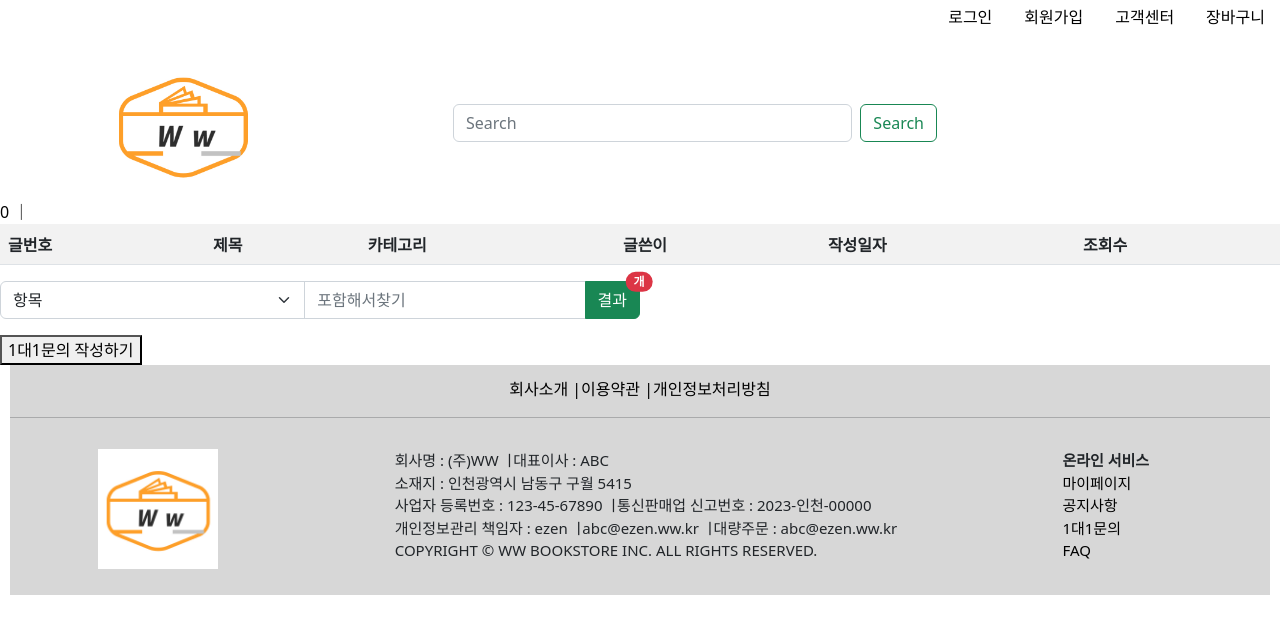
Repository: leehyeonung/project9
Page: http://localhost/book/WEB-INF/views/board/list.jsp
These files come from the project's save history. The page is drawn as it stood at one moment and after the next save; the edit follows.
The browser window is 1280 px wide. The pictures show the whole page.
The page is served by Tomcat 9. Nobody is signed in. Other server files are loaded and not shown. The template is opened directly, without the code that normally fills it, so the values that code supplies are empty.

Above is the page before, as saved 2023-01-06 04:09:30.
Not found: book/resources/css/list.css

### book/src/main/webapp/WEB-INF/views/board/list.jsp
<%@ page language="java" contentType="text/html; charset=UTF-8"
    pageEncoding="UTF-8"%>
    <%@ taglib uri="http://java.sun.com/jsp/jstl/core" prefix="c"%>
<!-- CSS only -->
<link href="https://cdn.jsdelivr.net/npm/bootstrap@5.2.2/dist/css/bootstrap.min.css" rel="stylesheet" integrity="sha384-Zenh87qX5JnK2Jl0vWa8Ck2rdkQ2Bzep5IDxbcnCeuOxjzrPF/et3URy9Bv1WTRi" crossorigin="anonymous">
<!DOCTYPE html>
<html>
<head>
<meta charset="UTF-8">
<title>Insert title here</title>
<link rel="stylesheet" type="text/css" href="/resources/css/list.css">
</head>
<body>
<jsp:include page="../layout/header.jsp"></jsp:include>
<div class="main">
	<table class="table table-striped">
			<tr>
				<th>글번호</th>
				<th>제목</th>
				<th>카테고리</th>
				<th>글쓴이</th>
				<th>작성일자</th>
				<th>조회수</th>
			</tr>
						<c:forEach items="${list}" var="board">
				<c:choose>
					    <c:when test="${ses.mem_auth == '0'|| ses.mem_id == board.brd_writer}"> <!--관리자권한 정하기 -->
							<tr>
					   		<td>${board.brd_num}</td>
							<td><a href="/board/detail?brd_num=${board.brd_num}">${board.brd_title}</a></td>
							<td>${board.brd_category}</td>
					   		<td>${board.brd_writer}</td>
							<td>${board.brd_regdate}</td>
							<td>${board.brd_views}</td>
							</tr>
					    </c:when>
					    <c:otherwise>

							<tr>
								<td>${board.brd_num}</td>
								<td>

									<c:choose>
								 <c:when test="${ses.mem_id eq board.brd_writer}">
							${board.brd_title}
								  </c:when>
								   <c:otherwise>
										${board.brd_title}
								    </c:otherwise>
								</c:choose>
								</td>
								<td>${board.brd_category}</td>
								<c:choose>
								    <c:when test="${ses.mem_id eq board.brd_writer}">
								   		<td>${board.brd_writer}</td>
								    </c:when>
								    <c:otherwise>
										<td>******</td>
								    </c:otherwise>
								</c:choose>
								<td>${board.brd_regdate}</td>
								<td>${board.brd_views}</td>
							</tr>
					    </c:otherwise>
					</c:choose>
					    </c:forEach>


			<div>
			<c:if test="${pgh.prev}">
			<a href="/board/list?pageNo=${pgh.startPage-1}&qty=${pgh.pgvo.qty}&type=${pgh.pgvo.type}&keyword=${pgh.pgvo.keyword}">prev</a>
			</c:if>
			<c:forEach begin="${pgh.startPage }" end="${pgh.endPage }" var="i">
				<a href="/board/list?pageNo=${i}&qty=${pgh.pgvo.qty}&type=${pgh.pgvo.type}&keyword=${pgh.pgvo.keyword}">${i} ｜ </a>
			</c:forEach>
			<c:if test="${pgh.next}">
			<a href="/board/list?pageNo=${pgh.endPage+1}&qty=${pgh.pgvo.qty}&type=${pgh.pgvo.type}&keyword=${pgh.pgvo.keyword}">next</a>
			</c:if>
			</div>
	</table>
	<!-- search -->

 <div class="col-sm-12 col-md-6">
	<form action="/board/list" method="get">
		<div class="input-group mb-3">
		<!-- 값을 별도 저장 -->
		<c:set value="${pgh.pgvo.type}" var="typed"/>
  			<select class="form-select" name="type">
    			<option ${typed == null ? 'selected':'' }>항목</option>
    			<option value="t" ${typed eq 't' ? 'selected':'' }>제목</option>
    			<option value="c" ${typed eq 'c' ? 'selected':'' }>내용</option>
    			<option value="w" ${typed eq 'w' ? 'selected':'' }>작성자</option>
  			</select>
  			<input class="form-control" type="text" name="keyword" placeholder="포함해서찾기" value="${pgn.pgvo.keyword }">
  			<input type="hidden" name="pageNo" value="1">
  			<input type="hidden" name="qty" value="${pgh.pgvo.qty }">
  			<button type="submit" class="btn btn-success position-relative">
  			결과
  			<span class="position-absolute top-0 start-100 translate-middle badge rounded-pill bg-danger">
    		${pgh.totalCount}개
    		<span class="visually-hidden">unread messages</span></span>
  			</button>
		</div>
	</form>
	</div>
<a href="/board/register"><button>1대1문의 작성하기</button></a>
</div>
<jsp:include page="../layout/footer.jsp"></jsp:include>
</body>
</html>

### book/src/main/webapp/WEB-INF/views/layout/header.jsp
<%@ page language="java" contentType="text/html; charset=UTF-8"
    pageEncoding="UTF-8"%>
<%@ taglib uri="http://java.sun.com/jsp/jstl/core" prefix="c"%>
<!DOCTYPE html>
<html>
<head>
<meta charset="UTF-8">
<title>Insert title here</title>
<!-- CSS only -->
<link href="https://cdn.jsdelivr.net/npm/bootstrap@5.2.2/dist/css/bootstrap.min.css"
rel="stylesheet" integrity="sha384-Zenh87qX5JnK2Jl0vWa8Ck2rdkQ2Bzep5IDxbcnCeuOxjzrPF/et3URy9Bv1WTRi"
crossorigin="anonymous">
<link rel="stylesheet" type="text/css" href="/resources/css/header.css">
</head>
<body>
<div class="header">
    <div class="menu">
        <c:if test="${ses.mem_id ==null}">
        <ul><a href="/mem/loginPage">로그인</a></ul>
        <ul><a href="/mem/joinPage">회원가입</a></ul>
        </c:if>
        <c:if test="${ses.mem_id == 'admin' }">
        <ul><a href="/mem/logOut">로그아웃</a></ul>
        <ul><a href="/mem/adminpage">관리인페이지</a></ul>
        </c:if>
        <c:if test="${ses.mem_id !=null && ses.mem_id !='admin' }">
        <ul><a href="/mem/logOut">로그아웃</a></ul>
        <ul><a href="/mem/mypage">마이페이지</a></ul>
        </c:if>
        <ul><a href="#">고객센터</a></ul>
        <ul><a href="#">장바구니</a></ul>
    </div>
    <div class="bar">
       <div class="logo">
         <a href="/"><img src="/resources/image/logo.jpg" alt="로고"></a>
       </div>
         <div class="searchBar">
            <form action="/book/search" class="d-flex" role="search" method="get" >
                 <input class="form-control me-2" name="keyword" type="text" placeholder="Search">
                 <button class="btn btn-outline-success" type="submit" >Search</button>
              </form>





         </div>
       <div class="icons">
         <a href=""><i class="fa-solid fa-cart-shopping"></i></a>
            <a href=""><i class="fa-solid fa-user"></i></a>
       </div>
    </div>
</div>
</body>
</html>

### book/src/main/webapp/WEB-INF/views/layout/footer.jsp
<%@ page language="java" contentType="text/html; charset=UTF-8"
   pageEncoding="UTF-8"%>
<!DOCTYPE html>
<html>
<head>
<meta charset="UTF-8">
<title>Insert title here</title>
<link rel="stylesheet" type="text/css" href="/resources/css/footer.css">

</head>

<body>
   <div class="footer">
      <div class="footer-top">
         <ul>
            <li><a href="/introduce">회사소개 | </a></li>
            <li><a href="">이용약관 | </a></li>
            <li><a href="">개인정보처리방침</a></li>
         </ul>
      </div>
      <hr>
      <div class="address">
         <div class="footer-logo">
            <img src="/resources/image/logo.jpg" alt="로고">
         </div>
         <div class="address-box">
            <ul>
               <li>회사명 : (주)WW <span style="margin-right: -7px;">ㅣ</span>
                  대표이사 : ABC
               </li>

               <li>소재지 : 인천광역시 남동구 구월 5415</li>
               <li>사업자 등록번호 : 123-45-67890 <span style="margin-right: -7px;">ㅣ</span>
                  통신판매업 신고번호 : 2023-인천-00000
               </li>

               <li>개인정보관리 책임자 : ezen <span style="margin-right: -7px;">ㅣ</span>
                  abc@ezen.ww.kr <span style="margin-right: -7px;">ㅣ</span> 대량주문 :
                  abc@ezen.ww.kr
               </li>

               <li>COPYRIGHT © WW BOOKSTORE INC. ALL RIGHTS RESERVED.</li>

            </ul>

         </div>
         <div class="online-serviceBar">
            <strong>온라인 서비스</strong>
            <ul>
               <li><a href="">마이페이지</a></li>
               <li><a href="">공지사항</a></li>
               <li><a href="">1대1문의</a></li>
               <li><a href="">FAQ</a></li>
            </ul>
         </div>
      </div>
   </div>

</body>
</html>

### book/src/main/webapp/resources/css/header.css
body{
    margin:0 auto;
}
.header{
	margin:0 auto;
    width: 1260px;
    height: 200px;
   /*  background-color: pink; */
}
.menu{
   display: flex;
   justify-content: flex-end;
   padding:5px;

}
.logo{
    width: 150px;
    height: 150px;
    background-color: blue;
}
.logo>a>img{
    width: 150px;
    height: 150px;
}
.searchBar{
   /* position:absolute; */
    width: 484px;
    height: 42px;
    /* background-color: gold; */
    margin-top:54px;
    border-radius: 30px;

}
.bar{

   height: 150px;
   display: flex;
   flex-direction: row;
   flex-wrap:nowrap;
   justify-content:space-around;
/*    align-items: baseline; */


}
i{
    font-size: 42px;
    color: black;
    margin-top:54px;
    margin-right: 20px;
}
</style>

### book/src/main/webapp/resources/css/footer.css
.footer {
   width: 1260px;
   height: 230px;
   background-color: rgba(175, 175, 175, 0.5);
   margin: 0 auto;
}

.footer-logo {

   width: 120px;
   height: 120px;
   background-color: beige;
}
.footer-logo>img{
   width: 120px;
   height: 120px;
}

.address-box {
   text-align: left;
   padding: 0;
   margin: 0;
}

.address {
   padding: 15px;
   height: 150px;
   display: flex;
   font-size: 15px;
   /* align-items: baseline; */
   flex-direction: row;
   flex-wrap: nowrap;
   justify-content: space-around;
}

ul {
   list-style: none;
}

.footer, .address li {

}

.footer-top {
   text-align: center;
   padding-top: 12px;
}

.footer-top>ul {
   margin: 0;
   padding: 0;
   display: flex;
   justify-content: center;
}

.footer-top>li {
   margin: 0;
   padding: 0;
}

a {
   text-decoration-line: none;
   color: black;
}

a:visited {
   text-decoration: none;
}

a:hover {
   text-decoration: none;
}

a:focus {
   text-decoration: none;
}

a:hover, a:active {
   text-decoration: none;
}

.online-serviceBar {
   padding: 0px;
   margin-left: 20px;
   width: 120px;
   height: 120px;
}

.online-serviceBar>ul {
   margin: 0px;
   padding: 0px;
}

</style>

### book/src/main/webapp/resources/css/main.css
@charset "UTF-8";

.main{
	width:1260px;
	margin: 0 auto;
}

After the next save:
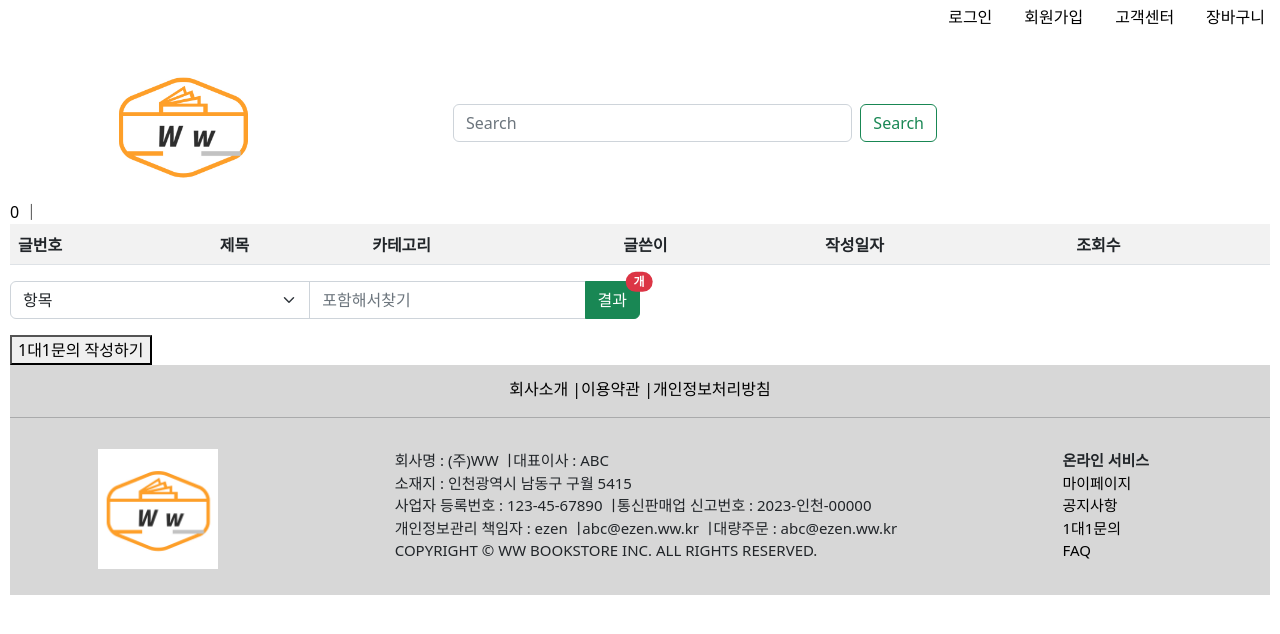
Saved 7 min 48 s later.
--- a/book/src/main/webapp/WEB-INF/views/board/list.jsp
+++ b/book/src/main/webapp/WEB-INF/views/board/list.jsp
@@ -8,7 +8,7 @@
 <head>
 <meta charset="UTF-8">
 <title>Insert title here</title>
-<link rel="stylesheet" type="text/css" href="/resources/css/list.css">
+<link rel="stylesheet" type="text/css" href="/resources/css/main.css">
 </head>
 <body>
 <jsp:include page="../layout/header.jsp"></jsp:include>
